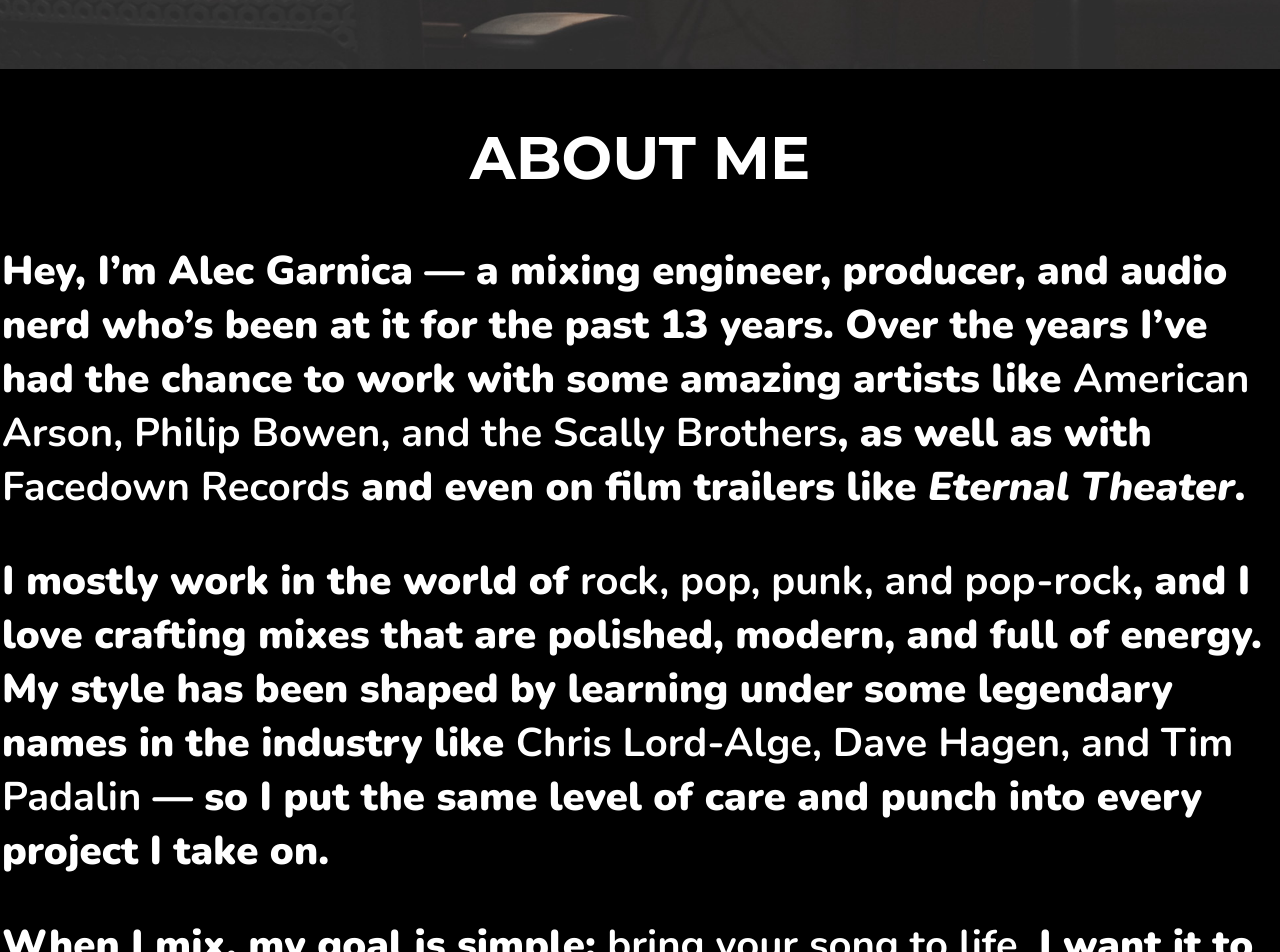
Repository: Aworminator/mixing-portfolio
Page: index.html
The author's editor kept a copy of each file at every save. The page is drawn from the files as they stood at one save, then again after the next save.
The browser window is 1280 px wide. The pictures show the part of the page from y = 831 to 1783 px (the page is 3856 px tall).
Some web fonts or font styles are not loaded; a fallback is used.

Above is the page before, as saved 2025-08-22 16:38:31.

After the next save:
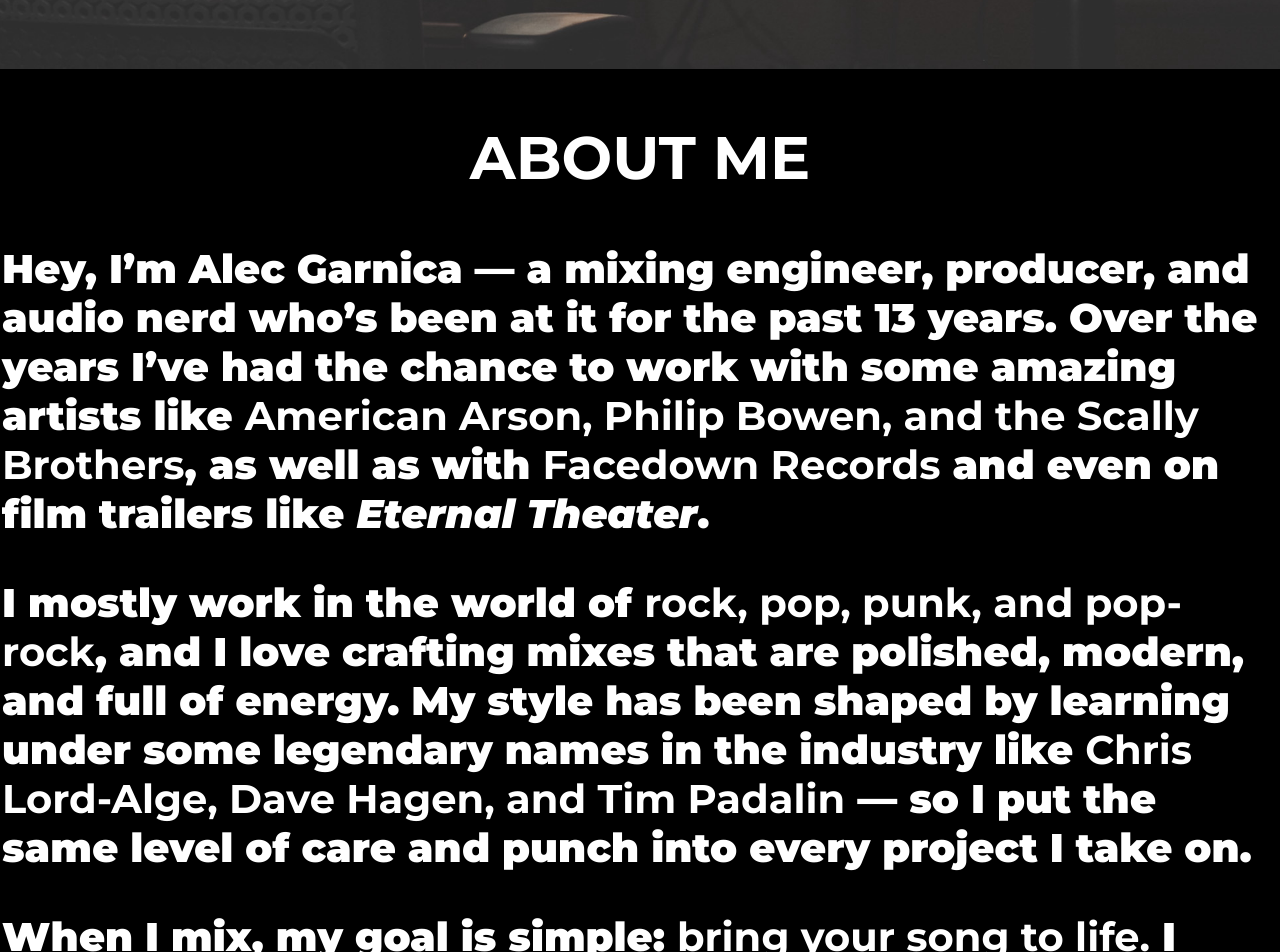
Saved 24 s later.
--- a/styles.css
+++ b/styles.css
@@ -25,7 +25,8 @@
 
 h1,
 h2,
-h3 {
+h3,
+p {
   font-family: "Montserrat", sans-serif;
   font-optical-sizing: auto;
   font-weight: <weight>;

After the 3 saves that followed:
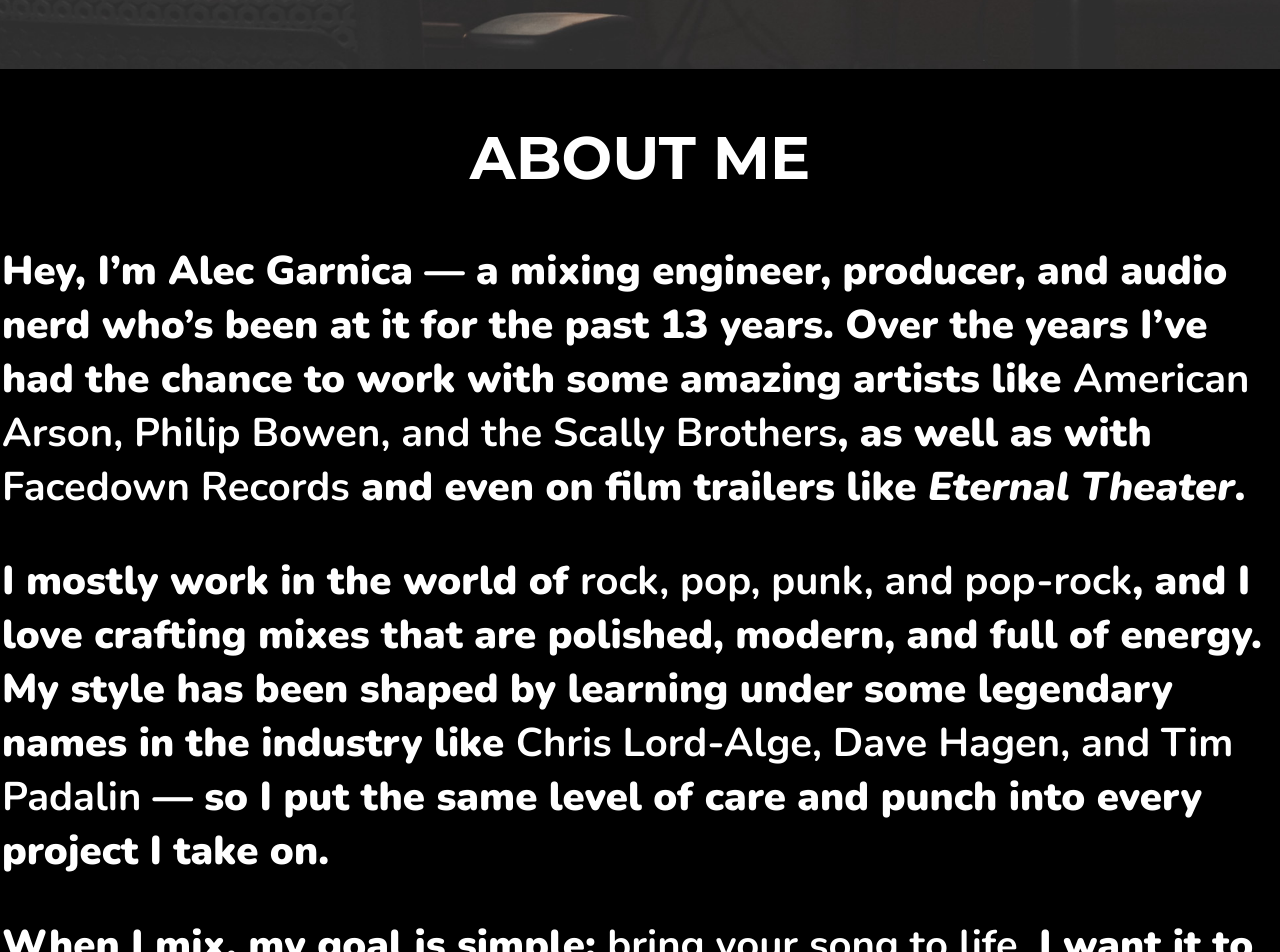
The 3 saves are shown as one change because they came seconds apart.
The last was saved 42 s later.
--- a/styles.css
+++ b/styles.css
@@ -25,8 +25,7 @@
 
 h1,
 h2,
-h3,
-p {
+h3 {
   font-family: "Montserrat", sans-serif;
   font-optical-sizing: auto;
   font-weight: <weight>;
@@ -55,7 +54,6 @@
   background-color: rgb(0, 0, 0);
   border: 2px solid black;
   margin: 0 auto;
-
 }
 
 .about-info {
